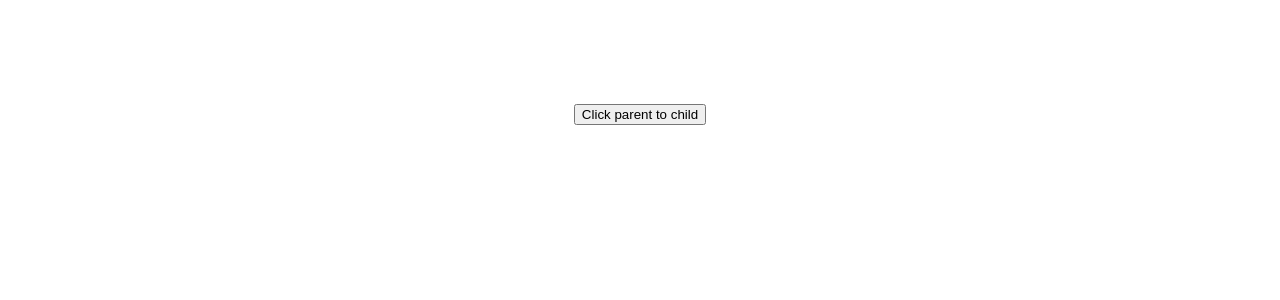
Repository: Vanessahyc/parent-child
Page: /
The author's editor kept a copy of each file at every save. The page is drawn from the files as they stood at one save, then again after a run of saves.
The browser window is 1280 px wide. The pictures show the whole page.
The project was rebuilt for these pictures with package versions that can differ from the ones it lists, and the page was loaded fresh each time. The framework's server and built-in components were replaced by stand-ins that run in the browser. Also part of the build but not shown: next.config.mjs.

Above is the page before, as saved 2024-03-25 14:11:02.

After the next 2 saves:
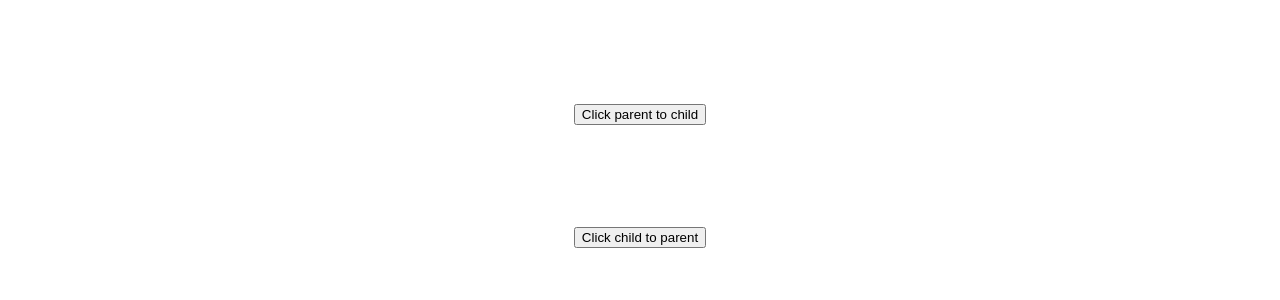
The 2 saves are shown as one change because 1 did not build or start.
The last was saved 37 s later.
--- a/pages/index.js
+++ b/pages/index.js
@@ -1,5 +1,6 @@
 import styles from "@/styles/Home.module.css";
 import ParentToChild from "./ParentOne";
+import ChildToParent from "./ParentTwo"
 
 
 export default function Home() {
@@ -7,6 +8,7 @@ export default function Home() {
     <>
       <main className={`${styles.main}`}>
         <ParentToChild/>
+        <ChildToParent/>
       </main>
     </>
   );
